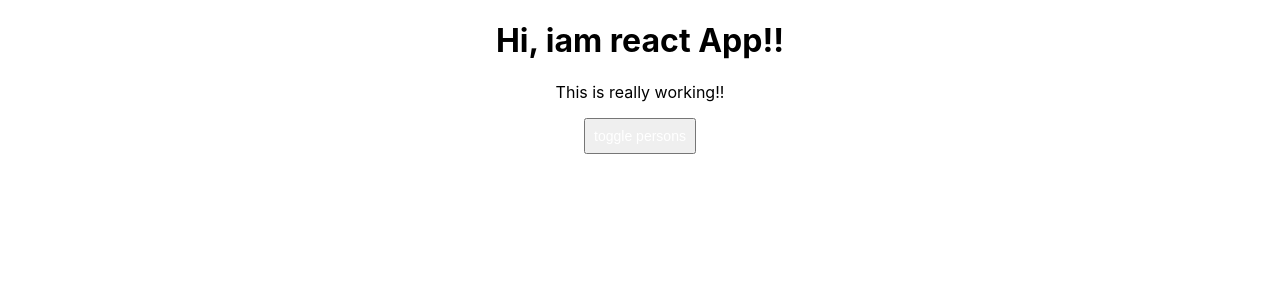
Repository: RohitMalik2/Rohit_react
Page: /
These files come from the project's save history. The page is drawn as it stood at one moment and after the next save; the edit follows.
The browser window is 1280 px wide. The pictures show the whole page.
The project was rebuilt for these pictures with package versions that can differ from the ones it lists, and the page was loaded fresh each time. Also part of the build but not shown: src/Person/Person.js.

Above is the page before, as saved 2019-11-28 07:48:50.

### src/App.js
import React, { Component } from 'react';
import logo from './logo.svg';
import './App.css';
import Person from './Person/Person'

class App extends Component {

  state = {
    persons: [
      { id: '1', name: 'Max', age: 28 },
      { id: '11', name: 'Max2', age: 29 },
      { id: '12', name: 'mAX3', age: 30 }
    ],
    otherState: 'some other state',
    showPersons: false
  }

  deletePersonHandler = (index) => {
    const persons = this.state.persons;
    persons.splice(index, 1);
    this.setState({ persons: persons });
  }

  togglePersonsHandler = () => {
    const currentState = this.state.showPersons;
    this.setState({ showPersons: !currentState });
  }

  nameChangedHandler = (event, id) => {
    const personIndex = this.state.persons.findIndex(person => {
      return id === person.id;
    });
    const changedPerson = { ...this.state.persons[personIndex] }; // deep copy or Object.assign({}, this.state.persons[personIndex])
    changedPerson.name = event.target.value;
    const persons = [...this.state.persons];
    persons[personIndex] = changedPerson;
    this.setState({
      persons: persons
    });
  }
  render() {
    const style = {
      fontSize: '14px',
      backgroundColor: 'greeen',
      color: '#ffffff',
      border: '1px soild blue',
      padding: '8px'
    };

    let persons = null;
    if (this.state.showPersons) {
      persons = (
        <div>
          {/* iterating through a list of items */}
          {this.state.persons.map((person, index) => {
            return <Person
              click={() => this.deletePersonHandler(index)}
              name={person.name}
              age={person.age}
              key={person.id}
              changed={(event) => this.nameChangedHandler(event, person.id)} />;
          })}

          {/*  <Person
            name={this.state.persons[0].name}
            age={this.state.persons[0].age} />
          <Person
            name={this.state.persons[1].name}
            age={this.state.persons[1].age} />
          <Person
            name={this.state.persons[2].name}
            age={this.state.persons[2].age} /> */}
        </div>
      );
    }
    return (
      <div className="App">
        <h1>Hi, iam react App!!</h1>
        <p>This is really working!!</p>
        <button style={style} onClick={this.togglePersonsHandler}>toggle persons</button>
        {persons}
      </div>
    );
  };

}

export default App;

Loaded but not shown: public/index.html (common file); src/index.js (common file); src/index.css (common file); src/serviceWorker.js (common file); src/App.css (common file)

After the next save:
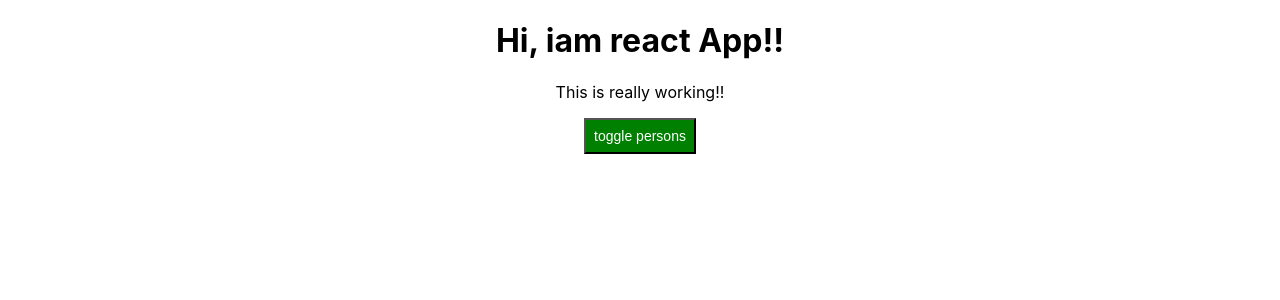
Saved 34 s later.
--- a/src/App.js
+++ b/src/App.js
@@ -41,7 +41,7 @@ class App extends Component {
   render() {
     const style = {
       fontSize: '14px',
-      backgroundColor: 'greeen',
+      backgroundColor: 'green',
       color: '#ffffff',
       border: '1px soild blue',
       padding: '8px'
